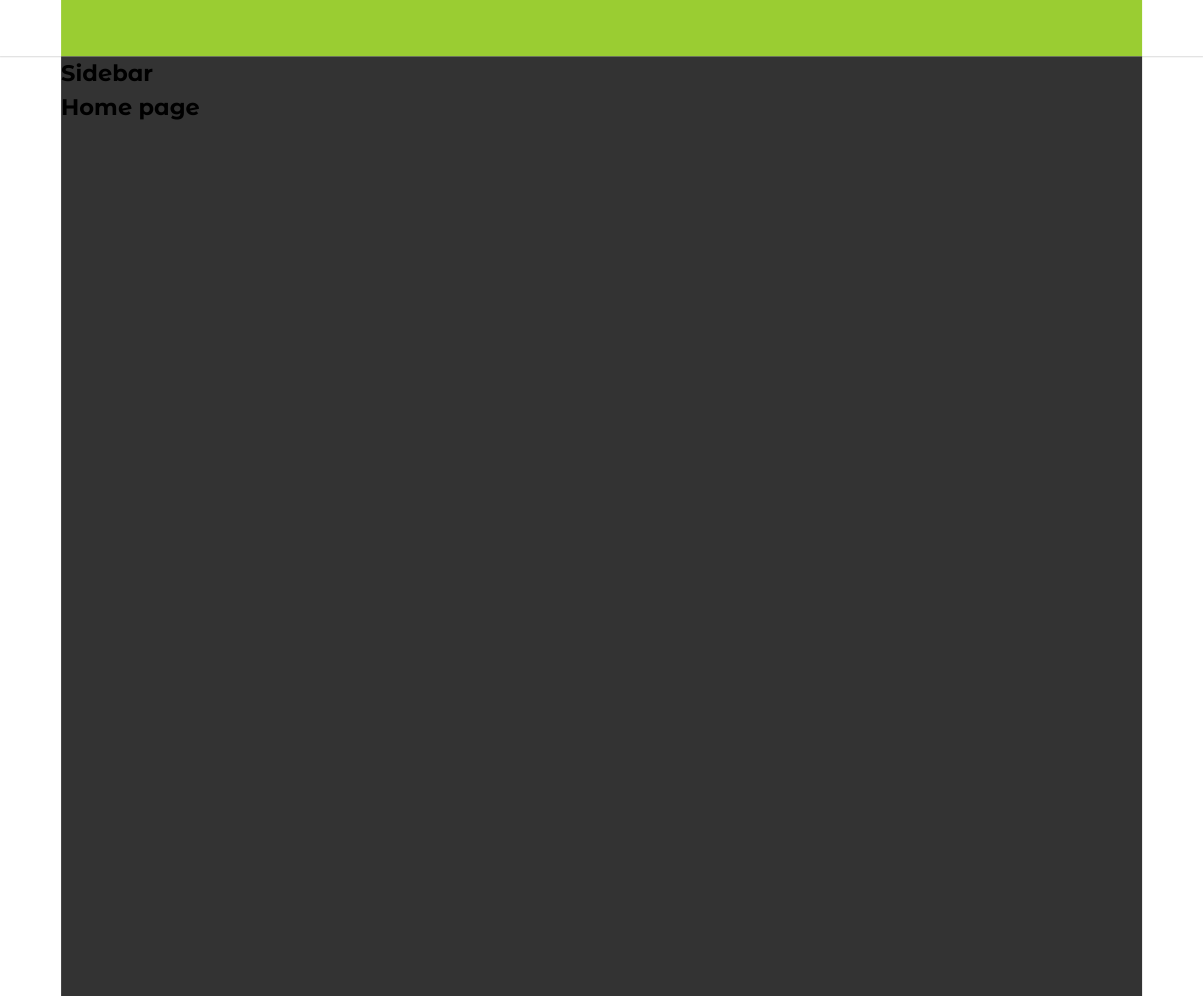
Repository: thinh909thinh/tiktok
Page: /
The author's editor kept a copy of each file at every save. The page is drawn from the files as they stood at one save, then again after the next save.
The browser window is 1280 px wide. The pictures show the whole page, at 94% of full size.
The project was rebuilt for these pictures with package versions that can differ from the ones it lists, and the page was loaded fresh each time. Also part of the build but not shown: src/components/Layout/HeaderOnly/index.js, src/pages/Followwing/index.js, src/pages/Profile/index.js, src/pages/Upload/index.js, src/pages/Seach/index.js.

Above is the page before, as saved 2022-08-26 14:12:09.

After the next save:
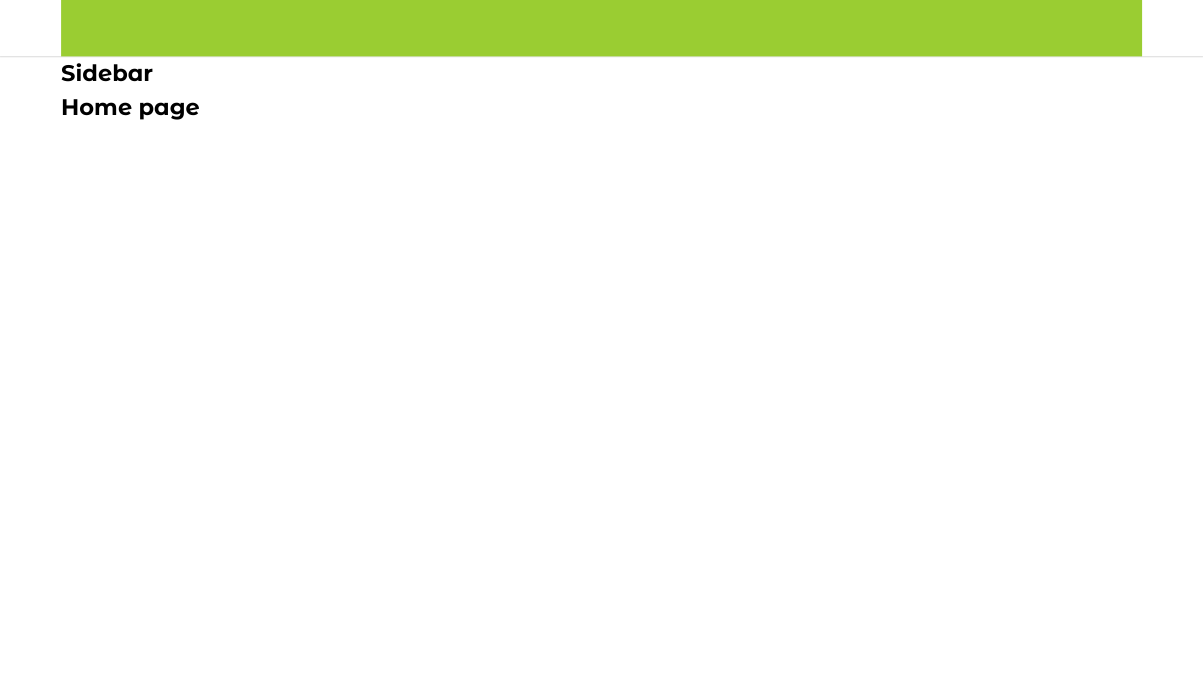
Saved 2 min 4 s later.
--- a/src/components/Layout/DefaultLayout/DefaultLayout.module.scss
+++ b/src/components/Layout/DefaultLayout/DefaultLayout.module.scss
@@ -5,6 +5,4 @@
 }
 .container {
     width: 1150px;
-    min-height: 1000px;
-    background-color: #333;
 }
